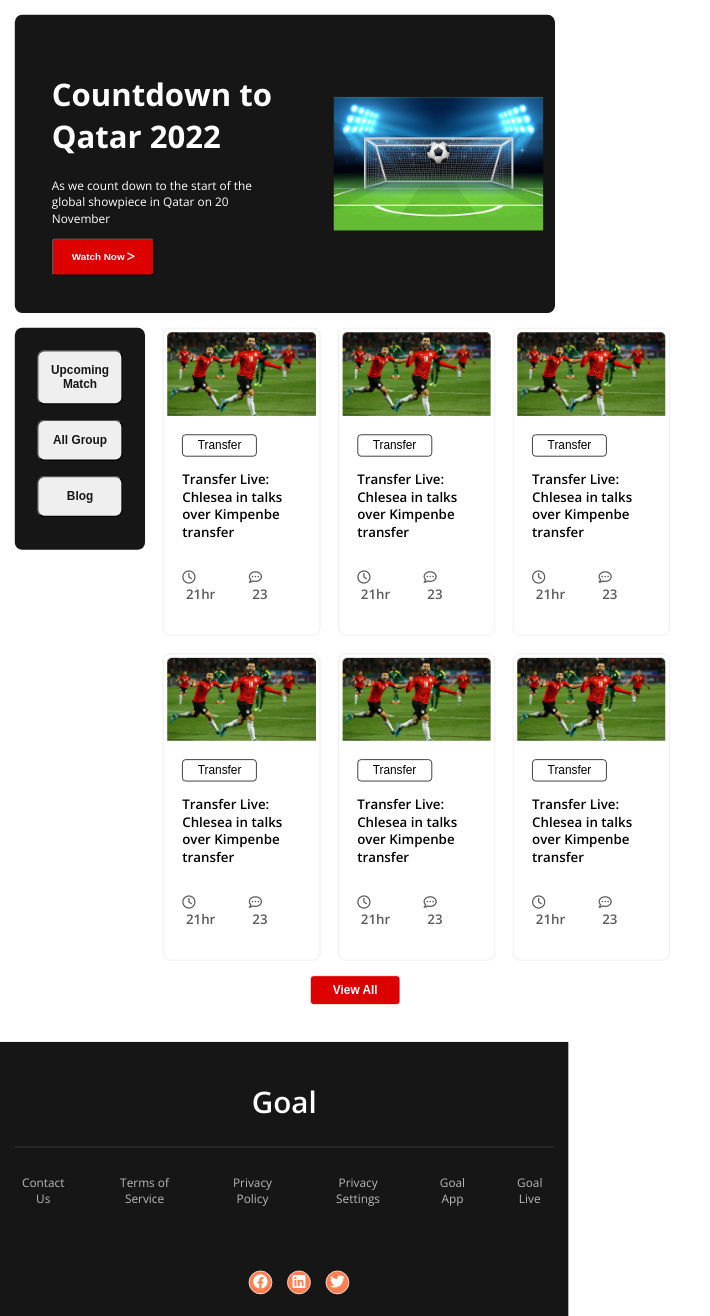
Repository: zjria/Qatar-world-cup
Page: index.html
These files come from the project's save history. The page is drawn as it stood at one moment and after the next save; the edit follows.
The browser window is 768 px wide. The page is 960 px wide, so the pictures cover 960 px, including what lies to the right of the window. The pictures show the whole page, at 74% of full size.

Above is the page before, as saved 2022-09-11 19:21:57.

After the next save:
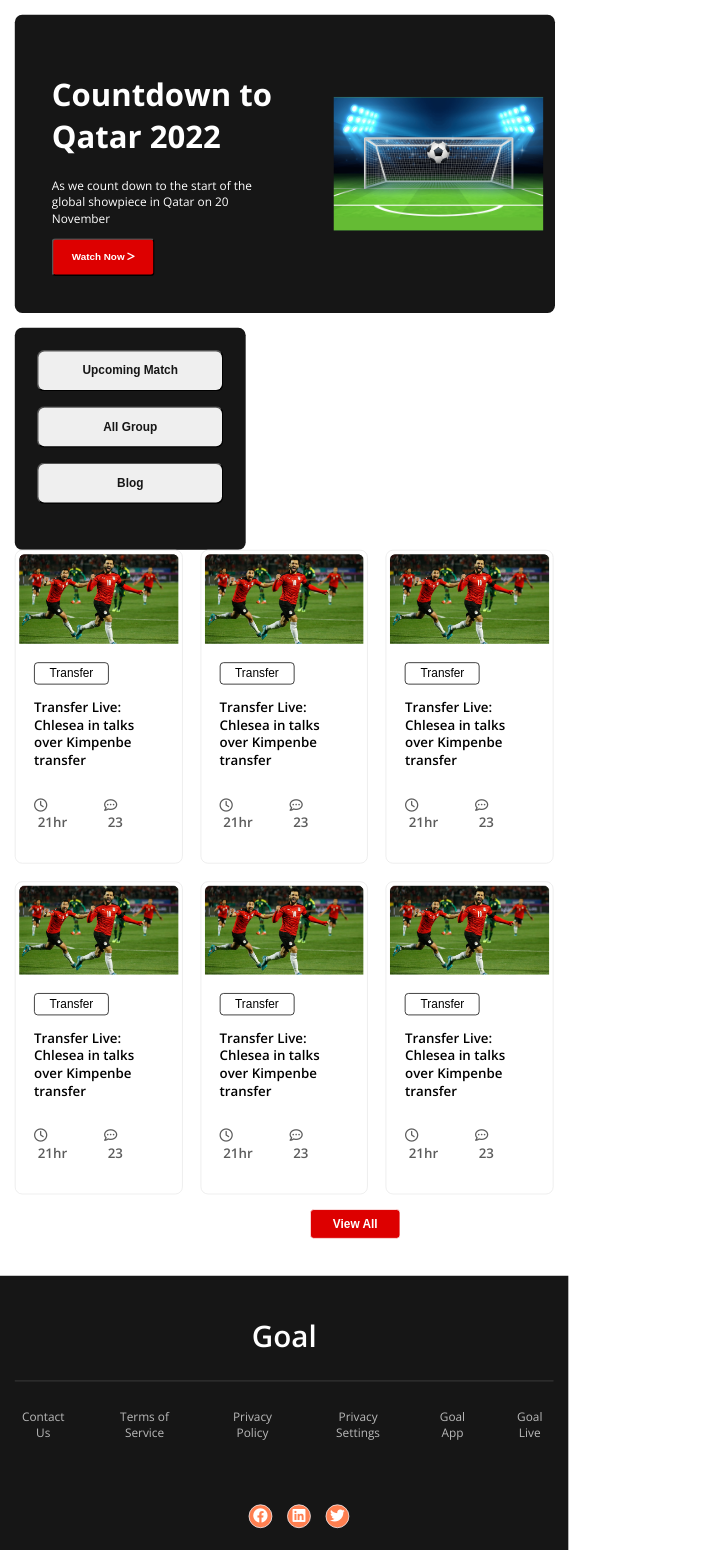
Saved 45 s later.
--- a/style.css
+++ b/style.css
@@ -389,6 +389,12 @@
         width: 95%;
     }
 
+    .nav-container {
+        display: flex;
+        margin: 20px;
+        flex-direction: column;
+    }
+
     .view-all {
         display: flex;
         justify-content: center;
